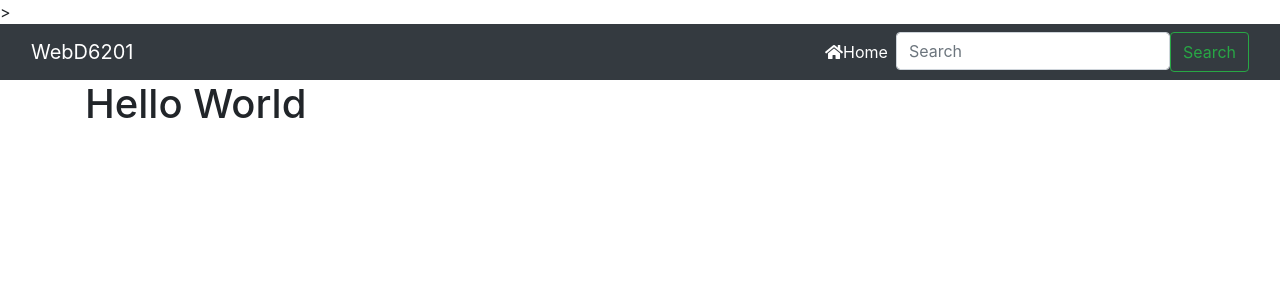
Repository: CKM206/WEBD6201-W2021-Week1
Page: index.html
The author's editor kept a copy of each file at every save. The page is drawn from the files as they stood at one save, then again after the next save.
The browser window is 1280 px wide. The pictures show the whole page.

Above is the page before, as saved 2021-01-14 09:22:17.

After the next save:
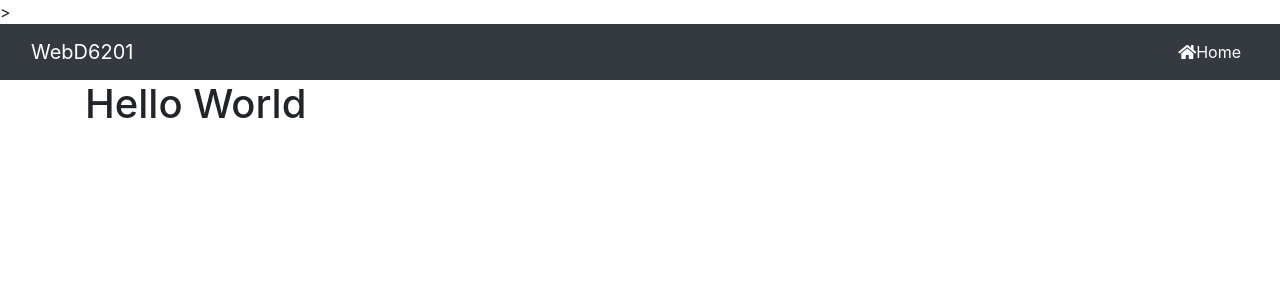
Saved 26 s later.
--- a/index.html
+++ b/index.html
@@ -27,11 +27,6 @@
                   <li class="nav-item">
                     <a class="nav-link active" aria-current="page" href="#"><i class="fas fa-home fa-large"></i>Home</a>
                   </li>
-
-                <form class="d-flex">
-                  <input class="form-control me-2" type="search" placeholder="Search" aria-label="Search">
-                  <button class="btn btn-outline-success" type="submit">Search</button>
-                </form>
               </div>
             </div>
           </nav>
